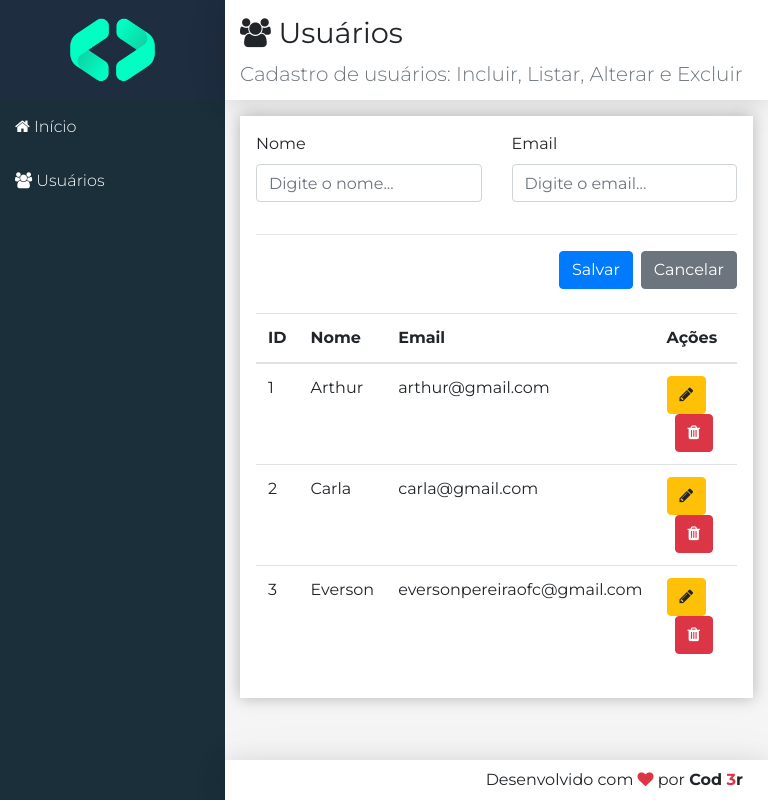
Repository: eversonps/projeto-cadastro-usuarios-firebase
Page: /users (app in frontend/)
The author's editor kept a copy of each file at every save. The page is drawn from the files as they stood at one save, then again after the next save.
The browser window is 768 px wide. The pictures show the whole page.
The project was rebuilt for these pictures with package versions that can differ from the ones it lists, and the page was loaded fresh each time. Requests to the local data server were answered from the project's data file. Also part of the build but not shown: frontend/src/components/home/home.jsx.

Above is the page before, as saved 2022-03-22 15:26:23.

### frontend/public/index.html
<!DOCTYPE html>
<html lang="en">
  <head>
    <meta charset="utf-8" />
    <link rel="icon" href="%PUBLIC_URL%/favicon.ico" />
    <link rel="preconnect" href="https://fonts.googleapis.com">
    <link rel="preconnect" href="https://fonts.gstatic.com" crossorigin>
    <link href="https://fonts.googleapis.com/css2?family=Montserrat:wght@300;400;700&display=swap" rel="stylesheet">
    <meta name="viewport" content="width=device-width, initial-scale=1" />
    <meta name="theme-color" content="#000000" />
    <meta
      name="description"
      content="Web site created using create-react-app"
    />
    <link rel="apple-touch-icon" href="%PUBLIC_URL%/logo192.png" />
    <!--
      manifest.json provides metadata used when your web app is installed on a
      user's mobile device or desktop. See https://developers.google.com/web/fundamentals/web-app-manifest/
    -->
    <link rel="manifest" href="%PUBLIC_URL%/manifest.json" />
    <!--
      Notice the use of %PUBLIC_URL% in the tags above.
      It will be replaced with the URL of the `public` folder during the build.
      Only files inside the `public` folder can be referenced from the HTML.

      Unlike "/favicon.ico" or "favicon.ico", "%PUBLIC_URL%/favicon.ico" will
      work correctly both with client-side routing and a non-root public URL.
      Learn how to configure a non-root public URL by running `npm run build`.
    -->
    <title>React App</title>
  </head>
  <body>
    <noscript>You need to enable JavaScript to run this app.</noscript>
    <div id="root"></div>
    <!--
      This HTML file is a template.
      If you open it directly in the browser, you will see an empty page.

      You can add webfonts, meta tags, or analytics to this file.
      The build step will place the bundled scripts into the <body> tag.

      To begin the development, run `npm start` or `yarn start`.
      To create a production bundle, use `npm run build` or `yarn build`.
    -->
  </body>
</html>

### frontend/src/index.js
import React from 'react';
import ReactDOM from 'react-dom';
import './index.css';
import App from './main/app';
import reportWebVitals from './reportWebVitals';

ReactDOM.render(
  <React.StrictMode>
    <App />
  </React.StrictMode>,
  document.getElementById('root')
);

// If you want to start measuring performance in your app, pass a function
// to log results (for example: reportWebVitals(console.log))
// or send to an analytics endpoint. Learn more: https://bit.ly/CRA-vitals
reportWebVitals();

### frontend/src/main/app.jsx
import "./app.css"
import "bootstrap/dist/css/bootstrap.min.css"
import "font-awesome/css/font-awesome.min.css"

import React from "react"

import Logo from "../components/template/logo"
import Nav from "../components/template/nav"
import Footer from "../components/template/footer"
import Routes from "./routes"

import {BrowserRouter as Router} from "react-router-dom"

export default props => {
    return (
        <div className="app">
            <Router>
                <Logo></Logo>
                <Nav></Nav>
                <Routes></Routes>
                <Footer></Footer>
            </Router>
        </div>
    )
}

### frontend/src/main/app.css
:root{
    --bg-dark: #1A2F3A;
    --logo-height: 100px;
    --header-height: 100px;
    --aside-width: 225px;
    --footer-height: 40px;

    --shadow: 0 2px 23px 0 rgba(0, 0, 0, 0.1), 0 2px 49px 0 rgba(0, 0, 0, 0.06);
}

* {
    box-sizing: border-box;
    font-family: 'Montserrat', sans-serif;
}

.app{
    margin: 0px;
    display: grid;
    grid-template-columns: var(--aside-width) 1fr;
    grid-template-rows: var(--header-height) 1fr var(--footer-height);
    grid-template-areas:
        "logo header"
        "menu content"
        "menu footer";
    height: 100vh;
    background-color: #F5F5F5;
}

aside.logo{
    grid-area: logo;
}

header.header{
    grid-area: header;
}

aside.menu-area{
    grid-area: menu;
}

main.content{
    grid-area: content;
}

footer.footer{
    grid-area: footer;
}

@media(max-width: 768px){
    .app{
        grid-template-rows: ;
    }
}

### frontend/src/components/template/logo.jsx
import React from "react"
import "./logo.css"
import logo from "../../assets/images/logo.png"

import { Link } from "react-router-dom"
export default props => (
    <aside className="logo">
        <Link to="/" className="logo">
            <img src={logo} alt="logo" />
        </Link>
    </aside>
)

### frontend/src/components/template/nav.jsx
import React from "react"
import "./nav.css"

import {Link} from "react-router-dom"

export default props => {
    return (
        <aside className="menu-area">
            <nav className="menu">
                <Link to="/">
                    <i className="fa fa-home"></i> Início
                </Link>
                <Link to="/users">
                    <i className="fa fa-users"></i> Usuários
                </Link>
            </nav>
        </aside>
    )
}

### frontend/src/components/template/footer.jsx
import React from "react";
import "./footer.css"

export default props => (
    <footer className="footer">
        <span>
            Desenvolvido com <i className="fa fa-heart text-danger"></i> por <strong>Cod <span className="text-danger">3</span>r</strong>
        </span>
    </footer>
)

### frontend/src/main/routes.jsx
import React from "react";
import {Routes, Route} from "react-router-dom"

import Home from "../components/home/home"
import UserCrud from "../components/user/userCrud"

export default props => (
    <Routes>
        <Route path="/" element={<Home />}/>
        <Route path="/users" element={<UserCrud />}/>
        <Route path="*" element={<Home />}/>
    </Routes>
)

### frontend/src/components/template/logo.css
aside.logo{
    background-color: var(--bg-dark);
    display: flex;
    justify-content: center;
    align-items: center;
}

aside.logo img {
    width: 100%;
}

### frontend/src/components/template/nav.css
aside.menu-area{
    background-color: var(--bg-dark);
    box-shadow: 2px 0 10px 0 rgba(0,0,0,0.12), rgba(0,0,0,0.09);
}

.menu a{
    display: block;
    text-decoration: none;
    color: #FFF;
    font-weight: 300;
    padding: 15px;
}

.menu a:hover {
    background: linear-gradient(135deg, #07A7E3 0%, #32DAC3 100%);
}

### frontend/src/components/template/footer.css
footer.footer{
    display: flex;
    align-items: center;
    justify-content: flex-end;
    padding: 0 25px;
    background-color: #FFF;
    box-shadow: var(--shadow);
}

### frontend/src/components/user/userCrud.jsx
import React, {Component, useReducer} from "react"
import Main from "../template/main"
import axios from "axios"

const headerProps = {
    icon: "users",
    title: "Usuários",
    subtitle: "Cadastro de usuários: Incluir, Listar, Alterar e Excluir"
}

const baseUrl = "http://localhost:3001/users"
const initialState = {
    user: {name: "", email: ""},
    list: []
}

export default class UserCrud extends Component{
    state = { ...initialState }

    componentWillMount(){
        axios(baseUrl).then(resp => {
            this.setState({list: resp.data})
        })
    }

    clear(){
        this.setState({user: initialState.user})
    }

    save(){
        const user = this.state.user
        const method = user.id ? "put" : "post"
        const url = user.id ? `${baseUrl}/${user.id}` : baseUrl
        axios[method](url, user).then(resp => {
            const list = this.getUpdatedList(resp.data)
            this.setState({user: initialState.user, list})
        })
    }

    getUpdatedList(user, add=true){
        const list = this.state.list.filter(u => u.id !== user.id)
        if(add) list.unshift(user)
        return list
    }

    updateField(event){
        const user = {...this.state.user}
        user[event.target.name] = event.target.value
        this.setState({ user })
    }

    renderForm(){
        return (
            <div className="form">
                <div className="row">
                    <div className="col-12 col-md-6">
                        <div className="form-group">
                            <label>Nome</label>
                            <input type="text" className="form-control" name="name" value={this.state.user.name} onChange={e => this.updateField(e)} placeholder="Digite o nome..."/>
                        </div>
                    </div>

                    <div className="col-12 col-md-6">
                        <div className="form-group">
                            <label>Email</label>
                            <input type="text" className="form-control" name="email" value={this.state.user.email} onChange={e => this.updateField(e)} placeholder="Digite o email..."/>
                        </div>
                    </div>
                </div>

                <hr />

                <div className="row">
                    <div className="col-12 d-flex justify-content-end">
                        <button className="btn btn-primary" onClick={e => this.save(e)}>Salvar</button>
                        <button className="btn btn-secondary ml-2" onClick={e => this.clear(e)}>Cancelar</button>
                    </div>
                </div>
            </div>
        )
    }

    load(user){
        this.setState({ user })
    }

    remove(user){
        axios.delete(`${baseUrl}/${user.id}`).then(resp => {
            const list = this.getUpdatedList(user, false)
            console.log(list)
            this.setState({ list })
        })
    }

    renderTable(){
        return (
            <table className="table mt-4">
                <thead>
                    <tr>
                        <th>ID</th>
                        <th>Nome</th>
                        <th>Email</th>
                        <th>Ações</th>
                    </tr>
                </thead>
                <tbody>
                    {this.renderRows()}
                </tbody>
            </table>
        )
    }

    renderRows(){
        const trs = this.state.list.map(u => {
            return(
                <tr key={u.id}>
                    <td>{u.id}</td>
                    <td>{u.name}</td>
                    <td>{u.email}</td>
                    <td>
                        <button className="btn btn-warning" onClick={() => this.load(u)}>
                            <i className="fa fa-pencil"></i>
                        </button>
                        <button className="btn btn-danger ml-2"  onClick={() => this.remove(u)}>
                            <i className="fa fa-trash"></i>
                        </button>
                    </td>
                </tr>
            )
        })

        return trs
    }

    render(){
        return (
            <Main {...headerProps}>
                {this.renderForm()}
                {this.renderTable()}
            </Main>
        )
    }
}

### frontend/src/components/template/main.jsx
import React from "react"
import Header from "./header"
import "./main.css"

export default props => (
    <>
        <Header {...props}></Header>
        <main className="content container-fluid">
            <div className="p-3 mt-3">
                {props.children}
            </div>
        </main>
    </>
)

### frontend/src/components/template/header.jsx
import React from "react";
import "./header.css"

export default props => (
    <header className="header d-none d-sm-flex flex-column">
        <h1 className="mt-3">
            <i className={`fa fa-${props.icon}`}></i> {props.title}
        </h1>
        <p className="lead text-muted">{props.subtitle}</p>
    </header>
)

### frontend/src/components/template/header.css
header.header{
    background-color: #FFF;
    padding: 0px 15px;
    overflow: hidden;
    white-space: nowrap;
    box-shadow: var(--shadow);
}

header.header h1{
    font-size: 1.8em;
}

### backend/db.json
{
  "users": [
    {
      "id": 1,
      "name": "Arthur",
      "email": "arthur@gmail.com"
    },
    {
      "id": 2,
      "name": "Carla",
      "email": "carla@gmail.com"
    },
    {
      "name": "Everson",
      "email": "eversonpereiraofc@gmail.com",
      "id": 3
    }
  ]
}

Loaded but not shown: frontend/src/index.css (common file); frontend/src/reportWebVitals.js (common file); frontend/src/components/template/main.css (common file)

After the next save:
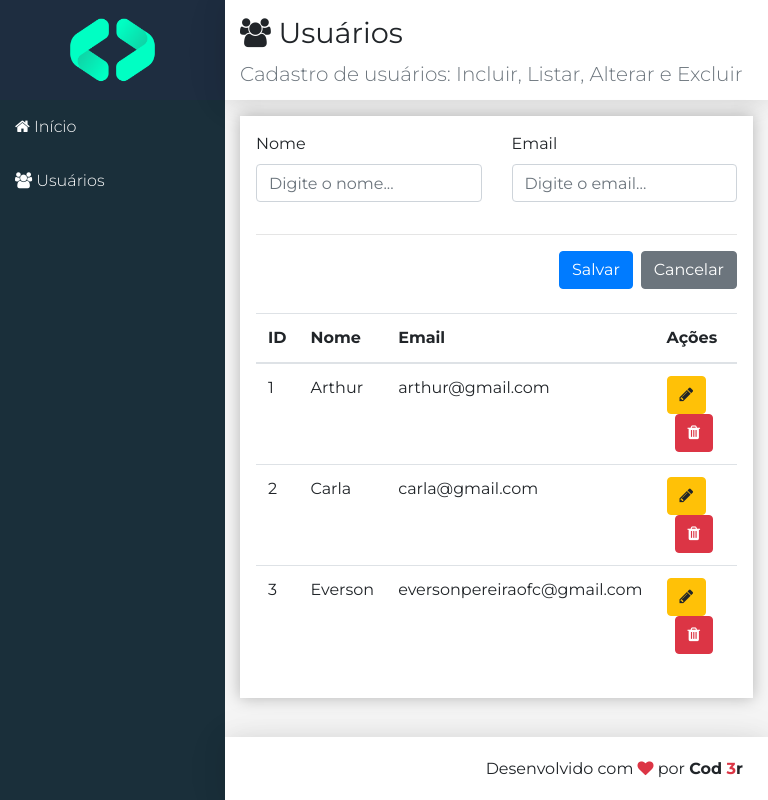
Saved 18 s later.
--- a/frontend/src/main/app.css
+++ b/frontend/src/main/app.css
@@ -48,6 +48,6 @@ footer.footer{
 
 @media(max-width: 768px){
     .app{
-        grid-template-rows: ;
+        grid-template-rows: var(--header-height);
     }
 }
